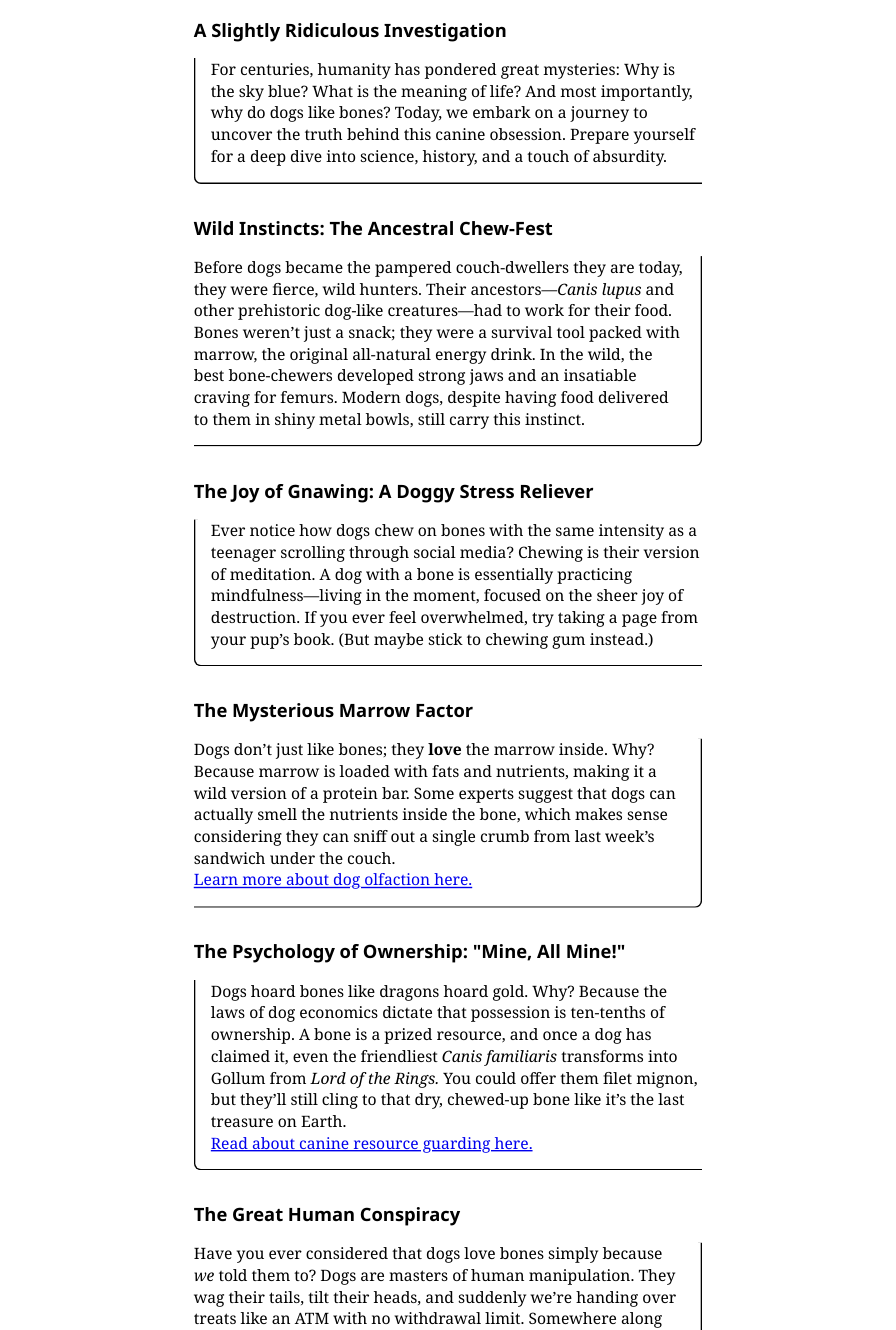
Repository: Leith-vdl/apprentice-challenge-1
Page: index.html
The author's editor kept a copy of each file at every save. The page is drawn from the files as they stood at one save, then again after the next save.
The browser window is 1280 px wide. The pictures show the part of the page from y = 97 to 1997 px (the page is 2508 px tall before and 2415 px after), at 70% of full size.
A picture or video elsewhere on the page could not be fetched, so the positions and the page height are approximate.

Above is the page before, as saved 2025-01-31 16:16:15.

### index.html
<!DOCTYPE html>
<html lang="en">
<head>
    <meta charset="UTF-8">
    <meta name="viewport" content="width=device-width, initial-scale=1.0">
    <title>Why Dogs Love Bones</title>
    <link rel="stylesheet" href="styles/styles.css">
</head>
<body>
    <header class="page-header">
        <img src="/img/giphy.gif" alt="bone gif" class="bone-gif">
        <h1 class="page-header-title">
            Why Dogs Love Bones
        </h1>
    </header>
    <main>
        <section class="page-content-section">
            <h3 class="section-title">A Slightly Ridiculous Investigation</h3>
            <p class="section-main-text1">
                For centuries, humanity has pondered great mysteries: Why is the sky blue? What is the
                meaning of life? And most importantly, why do dogs like bones? Today, we embark on a
                journey to uncover the truth behind this canine obsession. Prepare yourself for a deep dive into
                science, history, and a touch of absurdity.
            </p>
        </section>
        <section class="page-content-section">
            <h3 class="section-title">Wild Instincts: The Ancestral Chew-Fest</h3>
            <p class="section-main-text">
                Before dogs became the pampered couch-dwellers they are today, they were fierce, wild
                hunters. Their ancestors—<i>Canis lupus</i> and other prehistoric dog-like creatures—had to work for
                their food. Bones weren’t just a snack; they were a survival tool packed with marrow, the
                original all-natural energy drink. In the wild, the best bone-chewers developed strong jaws
                and an insatiable craving for femurs. Modern dogs, despite having food delivered to them in
                shiny metal bowls, still carry this instinct.
            </p>
        </section class="page-content-section">
        <section class="page-content-section">
            <h3 class="section-title">The Joy of Gnawing: A Doggy Stress Reliever</h3>
            <p class="section-main-text1">
                Ever notice how dogs chew on bones with the same intensity as a teenager scrolling through
                social media? Chewing is their version of meditation. A dog with a bone is essentially practicing
                mindfulness—living in the moment, focused on the sheer joy of destruction. If you ever feel
                overwhelmed, try taking a page from your pup’s book. (But maybe stick to chewing gum
                instead.)
            </p>
        </section>
        <section class="page-content-section">
            <h3 class="section-title">The Mysterious Marrow Factor</h3>
            <p class="section-main-text">
                Dogs don’t just like bones; they <b>love</b> the marrow inside. Why? Because marrow is loaded with
                fats and nutrients, making it a wild version of a protein bar. Some experts suggest that dogs
                can actually smell the nutrients inside the bone, which makes sense considering they can sniff
                out a single crumb from last week’s sandwich under the couch.<br>
                <a href="https://vcahospitals.com/know-your-pet/how-dogs-use-smell-to-perceive-the-world" target="_blank">Learn more about dog olfaction here.</a>
            </p>
        </section>
        <section class="page-content-section">
            <h3 class="section-title">The Psychology of Ownership: "Mine, All Mine!"</h3>
            <p class="section-main-text1">
                Dogs hoard bones like dragons hoard gold. Why? Because the laws of dog economics dictate
                that possession is ten-tenths of ownership. A bone is a prized resource, and once a dog has
                claimed it, even the friendliest <i>Canis familiaris</i> transforms into Gollum from <i>Lord of the Rings.</i>
                You could offer them filet mignon, but they’ll still cling to that dry, chewed-up bone like it’s the
                last treasure on Earth.<br>
                <a href="https://www.battersea.org.uk/pet-advice/dog-advice/dealing-resource-guarding?gad_source=1&gclid=Cj0KCQiAhvK8BhDfARIsABsPy4h3CRlVVPVANZfAc-HngzDTwKg5KUgeNuAmZD8EIJDuwS7ktlBpRYQaAjNyEALw_wcB" target="_blank">Read about canine resource guarding here.</a>
            </p>
        </section>
        <section class="page-content-section">
            <h3 class="section-title">The Great Human Conspiracy</h3>
            <p class="section-main-text">
                Have you ever considered that dogs love bones simply because <i>we</i> told them to? Dogs are
                masters of human manipulation. They wag their tails, tilt their heads, and suddenly we’re
                handing over treats like an ATM with no withdrawal limit. Somewhere along the line, dogs
                probably figured out that humans love the idea of dogs loving bones. And now they’re just
                playing along to keep the gravy train rolling. Clever pups.
            </p>
        </section>
        <section class="page-content-section">
            <h3 class="section-title1">Conclusion: The Bone-Afide Truth</h3>
            <p class="section-main-text">
                So why do dogs love bones? Wild instincts, stress relief, nutrition, ownership instincts, and
                possibly a grand canine conspiracy. Whether it’s a remnant of their <i>Canis lupus</i> ancestry or an
                elaborate ruse, one thing is clear: dogs and bones are a match made in heaven. And honestly,
                who can blame them?
            </p>
        </section>
    </main>
    <footer class="page-footer">
        <p>
            <a href="https://en.wikipedia.org/wiki/Dog_behavior" target="_blank">Further reading on canine behavior.</a>
        </p>
    </footer>
</body>
</html>

### styles/styles.css
body {
    font-size: 1.4em;
    font-family: Georgia, 'Times New Roman', Times, serif
}

main {
    margin: 0 10em;
}

img.bone-gif, h1.page-header-title {
    width: 4em;
    height: auto;
    display: inline;
    vertical-align: middle;
}

header.page-header, footer.page-footer {
    margin: 0 2em;
    border-bottom: 2px solid black;
}

h1.page-header-title, h3.section-title {
    font-family: 'Segoe UI', Tahoma, Geneva, Verdana, sans-serif;
    margin-bottom: 0.2em;
}

section.page-content-section {
    margin: 2em;
}

p.section-main-text, p.section-main-text1 {
    border-bottom: 2px solid black;
    border-radius: 10px;
}

p.section-main-text1 {
    padding: 0 0 1em 1em;
    border-left: 2px solid black;
    border-radius: 0 0 0 10px;
}

p.section-main-text {
    padding: 0 1em 1em 0;
    border-right: 2px solid black;
    border-radius: 0 0 10px 0;
}

After the next save:
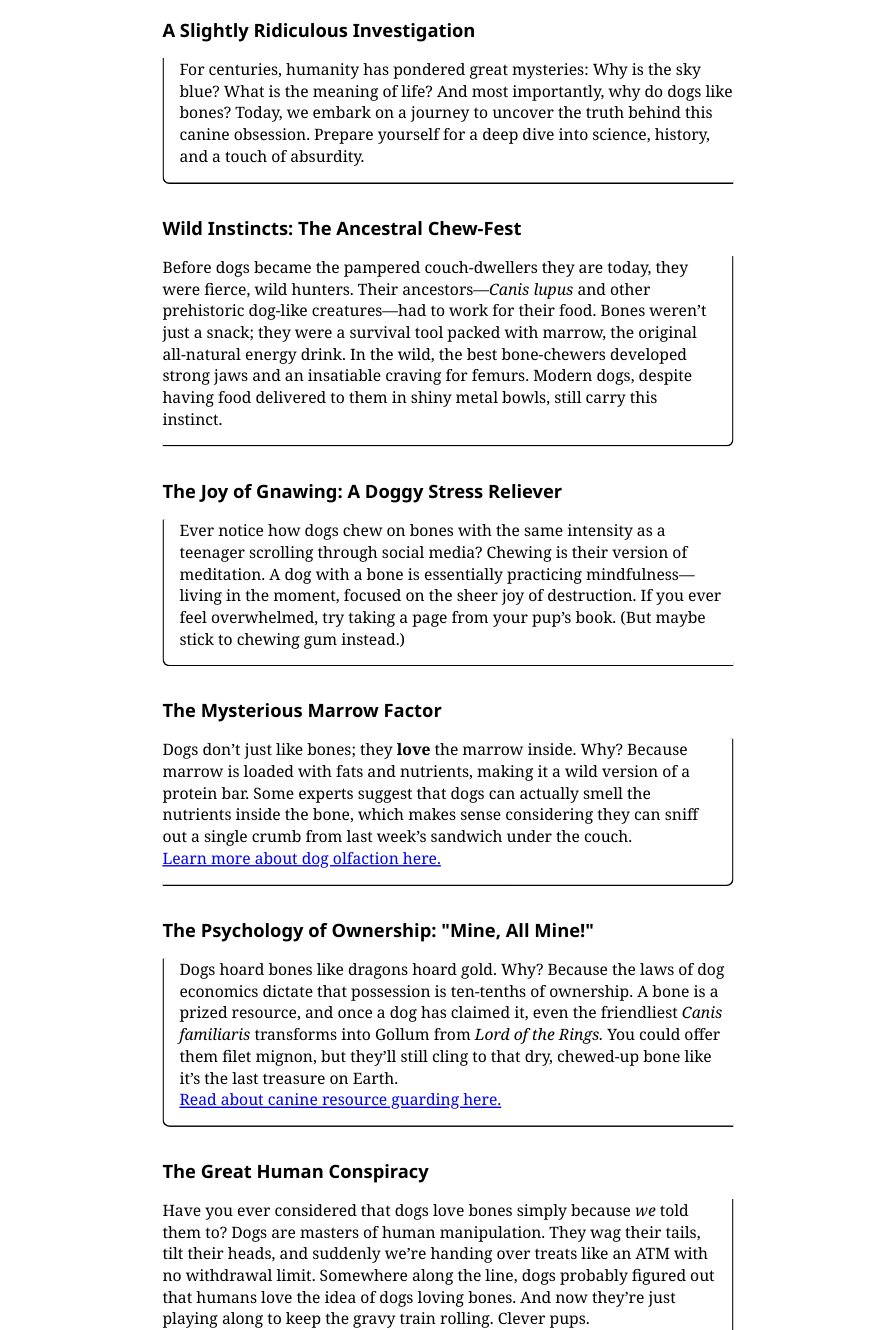
Saved 13 s later.
--- a/styles/styles.css
+++ b/styles/styles.css
@@ -25,7 +25,7 @@ h1.page-header-title, h3.section-title {
 }
 
 section.page-content-section {
-    margin: 2em;
+    margin: 2em 0;
 }
 
 p.section-main-text, p.section-main-text1 {
